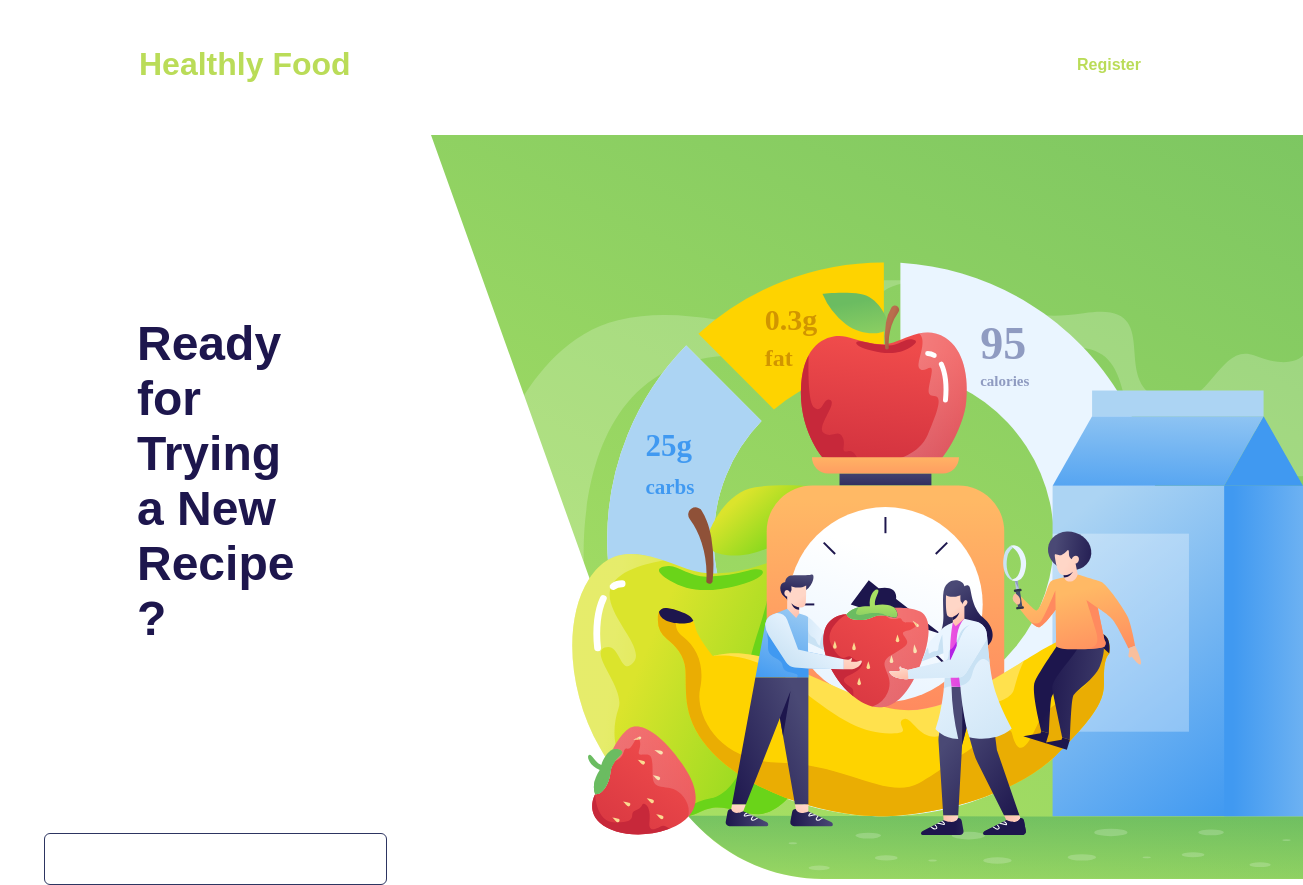
Repository: LuccaCasalecchi/HealthyFood
Page: /
An editor plug-in stored every save of this project. The page is shown before and after a run of saves, followed by the edit.
The browser window is 1280 px wide. The page is 1303 px wide, so the pictures cover 1303 px, including what lies to the right of the window. The pictures show the whole page.
The project was rebuilt for these pictures with package versions that can differ from the ones it lists, and the page was loaded fresh each time.

Above is the page before, as saved 2021-08-17 20:02:00.

After the next 2 saves:
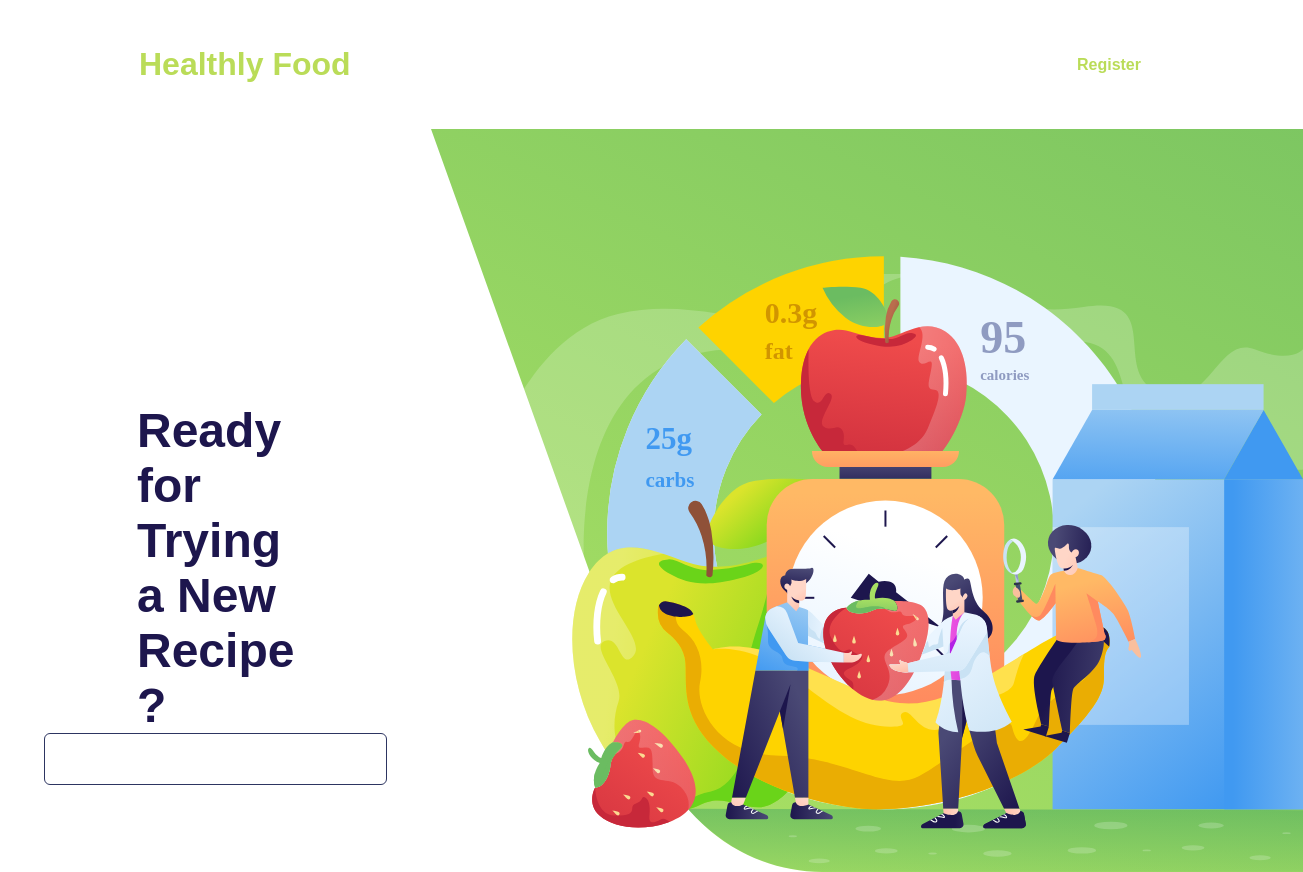
The 2 saves are shown as one change because they came seconds apart.
The last was saved 38 s later.
--- a/src/pages/LandingPage/LandingPage.css
+++ b/src/pages/LandingPage/LandingPage.css
@@ -1,29 +1,26 @@
-*{
+* {
   margin: 0;
   padding: 0;
   box-sizing: border-box;
   font-family: sans-serif;
 }
 
-
-
-
-.search-recipes{
+.search-recipes {
   display: flex;
   justify-content: space-between;
   align-items: center;
 }
 
-.subtitle{
+.subtitle {
   display: flex;
   justify-content: center;
   align-items: center;
   flex-direction: column;
 }
 
-.subtitle h2{
+.subtitle h2 {
   font-size: 48px;
-  color: #1D164D;
+  color: #1d164d;
   text-align: left;
-  padding: 187px 137px;
+  padding: 187px 137px 0px;
 }
